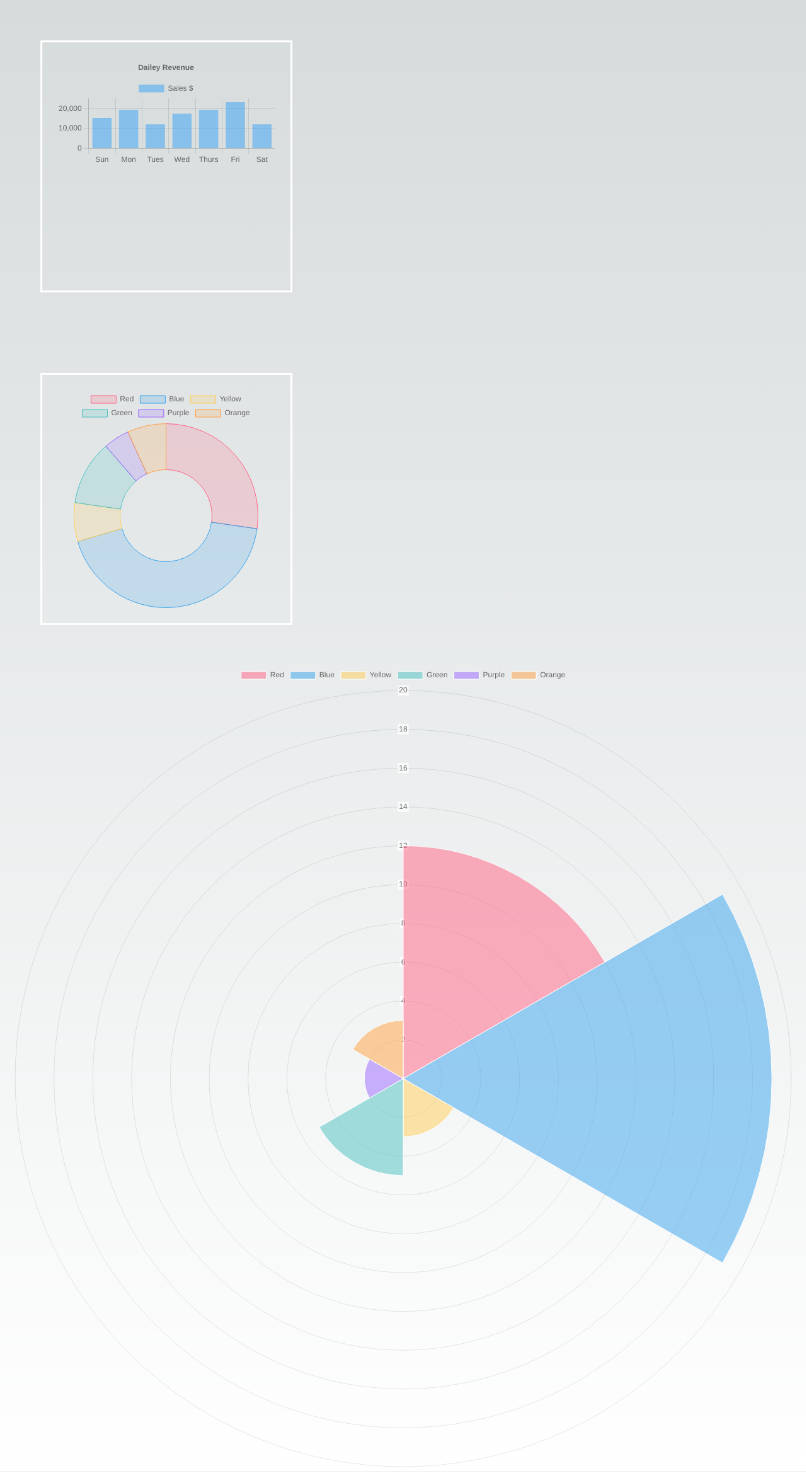
Repository: sierralaurent/MDIA2109-Class12
Page: /
These files come from the project's save history. The page is drawn as it stood at one moment and after the next save; the edit follows.
The browser window is 1280 px wide. The pictures show the whole page, at 63% of full size.
The project was rebuilt for these pictures with package versions that can differ from the ones it lists, and the page was loaded fresh each time. The framework's server and built-in components were replaced by stand-ins that run in the browser. Also part of the build but not shown: next.config.js.

Above is the page before, as saved 2023-03-24 13:14:31.

### pages/index.js
import Head from 'next/head'
import Image from 'next/image'
import styles from '@/styles/Home.module.css'
import BarChart from '@/components/BarChart'
import Doughnut from '@/components/Doughnut'
import PolarArea from '@/components/PolarArea'

export default function Home() {
  return (
    <>
      <Head>
        <title>Create Next App</title>
        <meta name="description" content="Generated by create next app" />
        <meta name="viewport" content="width=device-width, initial-scale=1" />
        <link rel="icon" href="/favicon.ico" />
      </Head>
      <main className={styles.main}>
        <div className={styles.bar}>
        <BarChart />
        </div>
        <div className={styles.doughnut}>
        <Doughnut />
        </div>
        <div>
        <PolarArea />
        </div>
      </main>
    </>
  )
}

### styles/Home.module.css
.bar {
  display: flex;
  justify-content: left;
  padding: 5%;
}

.doughnut {
  display: flex;
  align-items: center;
  padding: 5%;
}

### components/BarChart/index.js
import { useState, useEffect } from "react";
import styles from './BarChart.module.css';

import { Bar } from 'react-chartjs-2'
import {
    Chart as ChartJS,
    CategoryScale,
    LinearScale,
    BarElement,
    Title,
    Tooltip,
    Legend
} from 'chart.js'

ChartJS.register(
    CategoryScale,
    LinearScale,
    BarElement,
    Title,
    Tooltip,
    Legend
)

export default function BarChart() {

    const [chartData, setChartData] = useState({
        datasets: []
    })
    const [chartOptions, setChartOptions] = useState({})

    useEffect(() => {
        setChartData({
            labels: ["Sun", "Mon", "Tues", "Wed", "Thurs", "Fri", "Sat"],
            datasets: [
                {
                    label: 'Sales $',
                    data: [15323,19213,12124,17423,19213,23214,12142],
                    borderColor: 'rgb(53,172,89)',
                    backgroundColor: 'rgba(53,162,245,0.5)'
                }
            ]
        })

        setChartOptions({
            plugins: {
                legend: {
                    position: 'top'
                },
                title: {
                    display: true,
                    text: "Dailey Revenue"
                }
            },
            maintainAspectRation: false,
            responsive: true
        })

    }, [])

    return(
        <>
        <div className={styles.container}>
            <Bar data={chartData} options={chartOptions}/>
        </div>
        </>
    )
}

### components/Doughnut/index.js
import { useState, useEffect } from "react";
import styles from './Doughnut.module.css';

import React from 'react';
import { Chart as ChartJS, ArcElement, Tooltip, Legend } from 'chart.js';
import { Doughnut } from 'react-chartjs-2';

ChartJS.register(ArcElement, Tooltip, Legend);

export const data = {
  labels: ['Red', 'Blue', 'Yellow', 'Green', 'Purple', 'Orange'],
  datasets: [
    {
      label: '# of Votes',
      data: [12, 19, 3, 5, 2, 3],
      backgroundColor: [
        'rgba(255, 99, 132, 0.2)',
        'rgba(54, 162, 235, 0.2)',
        'rgba(255, 206, 86, 0.2)',
        'rgba(75, 192, 192, 0.2)',
        'rgba(153, 102, 255, 0.2)',
        'rgba(255, 159, 64, 0.2)',
      ],
      borderColor: [
        'rgba(255, 99, 132, 1)',
        'rgba(54, 162, 235, 1)',
        'rgba(255, 206, 86, 1)',
        'rgba(75, 192, 192, 1)',
        'rgba(153, 102, 255, 1)',
        'rgba(255, 159, 64, 1)',
      ],
      borderWidth: 1,
    },
  ],
};

export default function App() {
  return (
   <>
   <div className={styles.container}>
   <Doughnut data={data} />
   </div>
   </>
  )
}

### components/PolarArea/index.js
import { useState, useEffect } from "react";
import styles from './PolarArea.module.css';


import React from 'react';
import {
  Chart as ChartJS,
  RadialLinearScale,
  ArcElement,
  Tooltip,
  Legend,
} from 'chart.js';
import { PolarArea } from 'react-chartjs-2';

ChartJS.register(RadialLinearScale, ArcElement, Tooltip, Legend);

export const data = {
  labels: ['Red', 'Blue', 'Yellow', 'Green', 'Purple', 'Orange'],
  datasets: [
    {
      label: '# of Votes',
      data: [12, 19, 3, 5, 2, 3],
      backgroundColor: [
        'rgba(255, 99, 132, 0.5)',
        'rgba(54, 162, 235, 0.5)',
        'rgba(255, 206, 86, 0.5)',
        'rgba(75, 192, 192, 0.5)',
        'rgba(153, 102, 255, 0.5)',
        'rgba(255, 159, 64, 0.5)',
      ],
      borderWidth: 1,
    },
  ],
};

export default function App() {
  return (
  <>
  <div>
  <PolarArea data={data} />
  </div>
  </>
  )
}

### components/BarChart/BarChart.module.css
.container {
    width: 400px;
    height: 400px;
    border: 3px solid white;
    padding: 2%;
    padding-bottom: 0%;
}

### components/Doughnut/Doughnut.module.css
.container {
    width: 400px;
    height: 400px;
    border: 3px solid white;
    padding: 2%;
    padding-bottom: 0%;
}

### components/PolarArea/PolarArea.module.css
.container {
    width: 400px;
    height: 400px;
    border: 3px solid white;
    padding: 2%;
    padding-bottom: 0%;
}

Loaded but not shown: pages/_app.js (common file); pages/_document.js (common file); styles/globals.css (common file)

After the next save:
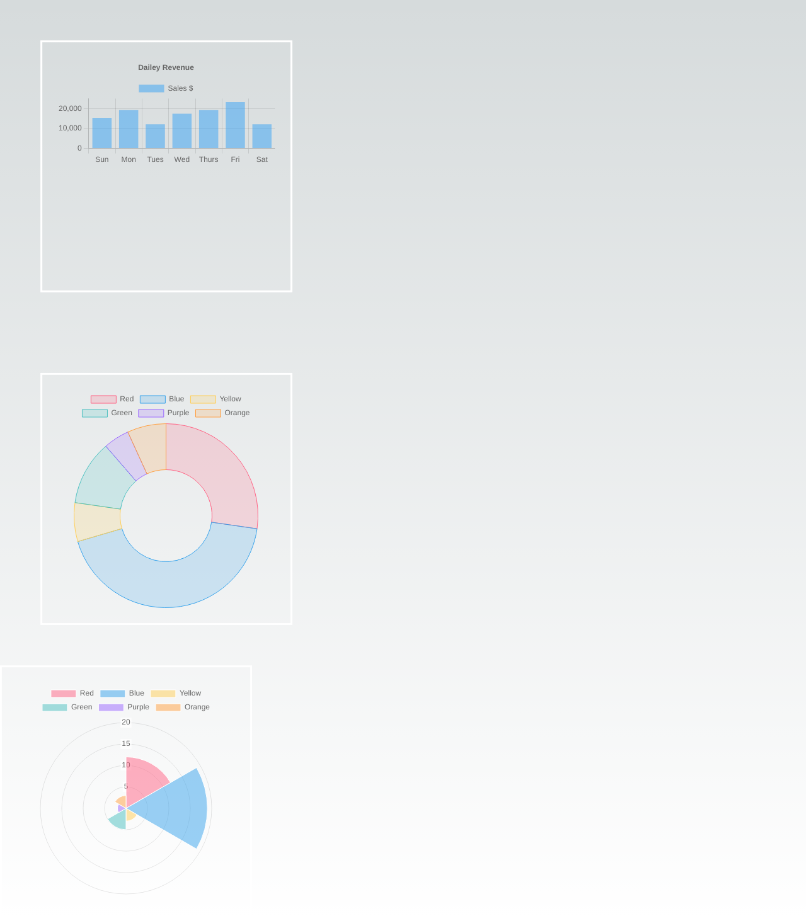
Saved 12 s later.
--- a/components/PolarArea/index.js
+++ b/components/PolarArea/index.js
@@ -36,7 +36,7 @@ export const data = {
 export default function App() {
   return (
   <>
-  <div>
+  <div className={styles.container}>
   <PolarArea data={data} />
   </div>
   </>
